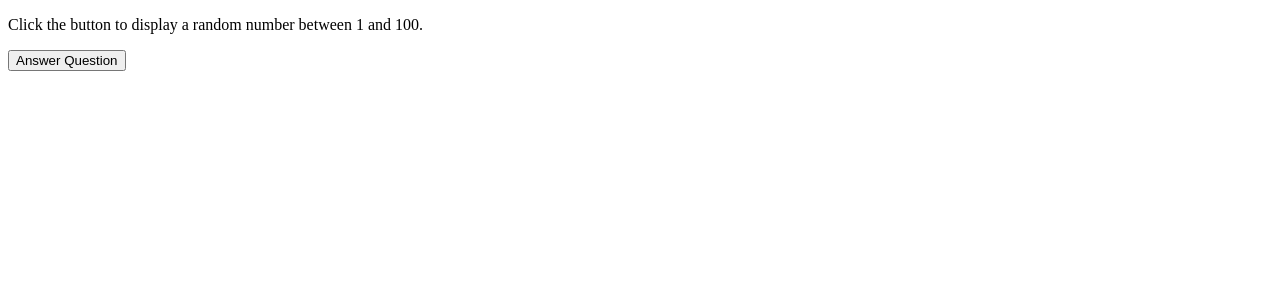
Repository: brightwhitesnow/brightwhitesnow.github.io
Page: Weba/lesson 1/homework files/mathrandom.html
An editor plug-in stored every save of this project. The page is shown before and after the next save, followed by the edit.
The browser window is 1280 px wide. The pictures show the whole page.

Above is the page before, as saved 2021-03-28 12:26:59.

### Weba/lesson 1/homework files/mathrandom.html
<!DOCTYPE html>
<html>
<body>

<p>Click the button to display a random number between 1 and 100.</p>

<button onclick="myFunction()">Answer Question</button>

<p id="demo"></p>

<script>
    function myFunction() {
        let a = Math.floor(Math.random() * 100) + 5
    let b = Math.floor(Math.random() * 100) + 20

    let answer = prompt(a + "+" + b + " =?")

    if(answer == a+b){
     alert("Ban da tra loi dung")
    }else{
     alert("Ban da tra loi sai")
    }
    }
</script>

</body>
</html>

After the next save:
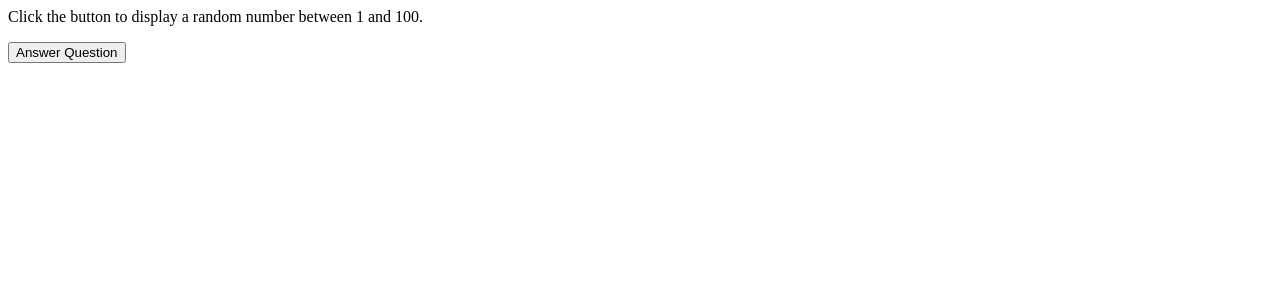
Saved 20 s later.
--- a/Weba/lesson 1/homework files/mathrandom.html
+++ b/Weba/lesson 1/homework files/mathrandom.html
@@ -1,7 +1,7 @@
 <!DOCTYPE html>
 <html>
 <body>
-
+<head
 <p>Click the button to display a random number between 1 and 100.</p>
 
 <button onclick="myFunction()">Answer Question</button>

After the 3 saves that followed:
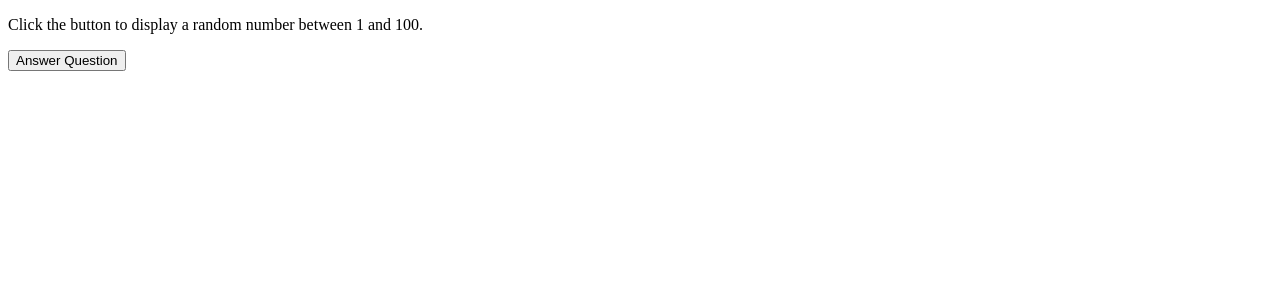
The 3 saves are shown as one change because they came seconds apart.
The last was saved 20 s later.
--- a/Weba/lesson 1/homework files/mathrandom.html
+++ b/Weba/lesson 1/homework files/mathrandom.html
@@ -1,8 +1,13 @@
 <!DOCTYPE html>
-<html>
+<html lang="en">
+<head>
+    <meta charset="UTF-8">
+    <meta http-equiv="X-UA-Compatible" content="IE=edge">
+    <meta name="viewport" content="width=device-width, initial-scale=1.0">
+    <title>Document</title>
+</head>
 <body>
-<head
-<p>Click the button to display a random number between 1 and 100.</p>
+    <p>Click the button to display a random number between 1 and 100.</p>
 
 <button onclick="myFunction()">Answer Question</button>
 
@@ -22,6 +27,5 @@
     }
     }
 </script>
-
 </body>
 </html>
